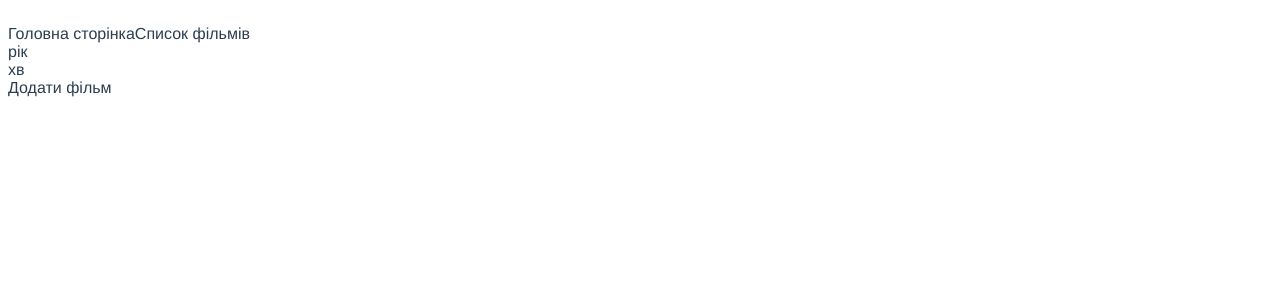
Repository: kristinap8/movies-gallery
Page: /add_movie
An editor plug-in stored every save of this project. The page is shown before and after the next save, followed by the edit.
The browser window is 1280 px wide. The pictures show the whole page.
The project was rebuilt for these pictures with package versions that can differ from the ones it lists, and the page was loaded fresh each time. Also part of the build but not shown: src/pages/Home/index.vue, src/components/MovieDetails/index.vue, src/pages/Movie/index.vue, src/components/MovieInfo/index.vue, src/components/MoviesList/index.vue, src/pages/AllMovies/index.vue.

Above is the page before, as saved 2020-11-15 21:30:43.

### src/main.js
import Vue from 'vue'
import App from './App.vue'
import store from "./store"
import router from "./router"

Vue.config.productionTip = false

new Vue({
  router,
  store,
  render: h => h(App),
}).$mount('#app')

### src/App.vue
<template>
  <div id="app">
    <router-view/>
    </div>
</template>

<script>


export default {
  name: 'App',
  components: {

  }
}
</script>

<style>
#app {
  font-family: Avenir, Helvetica, Arial, sans-serif;
  -webkit-font-smoothing: antialiased;
  -moz-osx-font-smoothing: grayscale;
  color: #2c3e50;
  margin-top: 25px;
}
</style>

### src/store/index.js
import Vue from "vue";
import Vuex from "vuex";
import { v4 as uuid_v4 } from 'uuid'

Vue.use(Vuex);

const store=new Vuex.Store({
    state:{
       moviesList:[
           {
               id:1,
               name:"Джокер",
               image:"https://upload.wikimedia.org/wikipedia/ru/thumb/6/6f/%D0%94%D0%B6%D0%BE%D0%BA%D0%B5%D1%80_%28%D1%84%D0%B8%D0%BB%D1%8C%D0%BC_%D0%A2%D0%BE%D0%B4%D0%B4%D0%B0_%D0%A4%D0%B8%D0%BB%D0%BB%D0%B8%D0%BF%D1%81%D0%B0%29.jpg/202px-%D0%94%D0%B6%D0%BE%D0%BA%D0%B5%D1%80_%28%D1%84%D0%B8%D0%BB%D1%8C%D0%BC_%D0%A2%D0%BE%D0%B4%D0%B4%D0%B0_%D0%A4%D0%B8%D0%BB%D0%BB%D0%B8%D0%BF%D1%81%D0%B0%29.jpg",
               genre:"Драма",
               year:2019,
               country:"США",
               actors:"Роберт де Ніро",
               //"Хоакін Фенікс","Ши Уигхем"],
               duration:122
           },
           {
            id:2,
            name:"Воно",
            image:"https://media.socastsrm.com/wordpress/wp-content/blogs.dir/679/files/2019/09/it_chapter_two_pennywise_poster.png",
            genre:"Триллер",
            year:2017,
            country:"США",
            actors:"Білл Скарсгард",
            //"Ері Коен","Хавйер Ботет"],
            duration:135
           },
           {
            id:3,
            name:"Форсаж 8",
            image:"https://img.odessa1.com/images/events/326x464/m2-17534-1.jpg",
            genre:"Бойовик",
            year:2017,
            country:"США",
            actors:"Він Дизель",
            //"Джейсон Стейтем","Дуейн Джонсон"],
            duration:136
           }
       ]
    },
    mutations:{
        addMovie(state, data) {
             state.moviesList.push({
              id: uuid_v4(),
              ...data,
            })
          },
    },
    actions:{
        addMovie({ commit }, movie) {
            commit('addMovie', movie)
          },
    },
    getters:{
        getMovies: (state) => state.moviesList,
        getMoviesCount:(state) => state.moviesList.length,
        getMovieById:(state)=>(id)=>{return state.moviesList.find(movie=>movie.id===id)}
    }
})

export default store;

### src/router.js
import Vue from "vue";
import VueRouter from "vue-router";

import Home from "@/pages/Home";
import Movie from "@/pages/Movie";
import AddMovie from "@/pages/AddMovie";
import AllMovies from "@/pages/AllMovies";

Vue.use(VueRouter);

const routes=[
    {
        path:"/",
        name:'home',
        component:Home
    },
    {
        path:"/all_movies",
        name:'all-movies',
        component:AllMovies
    },
    {
        path:"/add_movie",
        name:'add-movie',
        component:AddMovie
    },
    {
        path:"/movie/:movie_id",
        name:'movie',
        component:Movie
    }
];
const router=new VueRouter({
    mode:"history",
    routes
});

export default router;

### src/pages/AddMovie/index.vue
<template>
    <div>
      <b-button-group size="lg">
       <b-button to="/" variant="light">Головна сторінка</b-button>
       <b-button to="/all_movies" variant="light">Список фільмів</b-button>
       </b-button-group><br/>
       <add-movie-form/>
    </div>
</template>

<script>
import AddMovieForm from "../../components/AddMovieForm"
    export default {
        name:"AddMovie",
        components: {
            AddMovieForm,
        },
    }
</script>

<style lang="scss" scoped>

</style>

### src/components/AddMovieForm/index.vue
<template>
    <div class="fixed-top d-flex align-items-center justify-content-center"
    style="bottom: 0; overflow-y: auto">
        <b-form style="max-width:800px;">
        <b-form-group label="Назва фільму:" label-for="name">
        <b-form-input
          id="name"
          v-model="name"
          placeholder="Введіть назву фільму..."
        ></b-form-input>
      </b-form-group>
      <b-form-group label="Картинка:" label-for="image">
        <b-form-input
          id="image"
          v-model="image"
          placeholder="Введіть url картинки..."
        ></b-form-input>
      </b-form-group>
       <b-form-group label="Жанр:" label-for="genre">
        <b-form-select
          id="genre"
          v-model="genre"
          :options="genres"
         ></b-form-select>
      </b-form-group>
      <b-form-group label="Рік:" label-for="year">
        <b-form-input
          id="year"
          v-model="year"
          type="range"
          min="1800"
          max="2020"
           ></b-form-input>
           <div class="mt-2"> {{year}} рік</div>
      </b-form-group>
      <b-form-group label="Країна:" label-for="country">
        <b-form-input
          id="country"
          v-model="country"
          placeholder="Введіть країну..."
        ></b-form-input>
      </b-form-group>
       <b-form-group label="Актори:" label-for="actors">
        <b-form-textarea
          id="actors"
          v-model="actors"
          placeholder="Введіть акторів..."
          rows="2"
          max-rows=1
        ></b-form-textarea>
      </b-form-group>
       <b-form-group label="Тривалість:" label-for="duration">
        <b-form-input
          id="duration"
          v-model="duration"
          type="range"
          min="0"
          max="200"
        ></b-form-input>
        <div class="mt-2"> {{duration}} хв</div>
      </b-form-group>
    <b-button variant="light" @click="onAddMovie">
      Додати фільм
    </b-button>
        </b-form>
    </div>
</template>

<script>
import { mapActions } from 'vuex'

    export default {
        name:"AddMovieForm",
        data() {
          return {
           name:null,
           genre:null,
           year:null,
           country:null,
           actors:null,
           duration:null,
           image:null,
           genres:[{ text: 'Виберіть жанр...', value: null },"Комедія","Детектив","Триллер","Жахи","Драма","Мультфільм","Бойовик","Фантастика"],
            }
        },
        methods:{
        ...mapActions(['addMovie']),
        onAddMovie(){
            const{name,image,genre,year,country,actors,duration}=this

            this.addMovie({
                name,
                image,
                genre,
                year,
                country,
                actors,
                duration
            })
        },
        },
    }

</script>

<style lang="scss" scoped>

</style>

Loaded but not shown: public/index.html (common file)

After the next save:
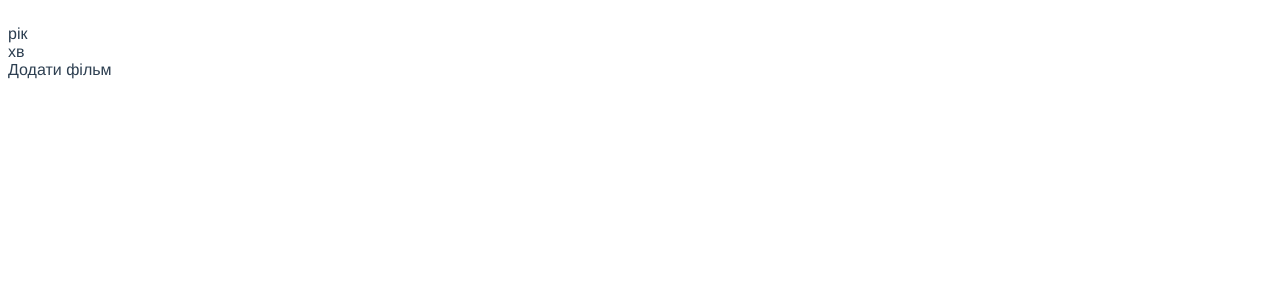
Saved 38 s later.
--- a/src/pages/AddMovie/index.vue
+++ b/src/pages/AddMovie/index.vue
@@ -1,10 +1,11 @@
 <template>
     <div>
-      <b-button-group size="lg">
+       <add-movie-form>
+        <b-button-group size="lg">
        <b-button to="/" variant="light">Головна сторінка</b-button>
        <b-button to="/all_movies" variant="light">Список фільмів</b-button>
-       </b-button-group><br/>
-       <add-movie-form/>
+       </b-button-group>
+       </add-movie-form>
     </div>
 </template>
 

After the save that followed:
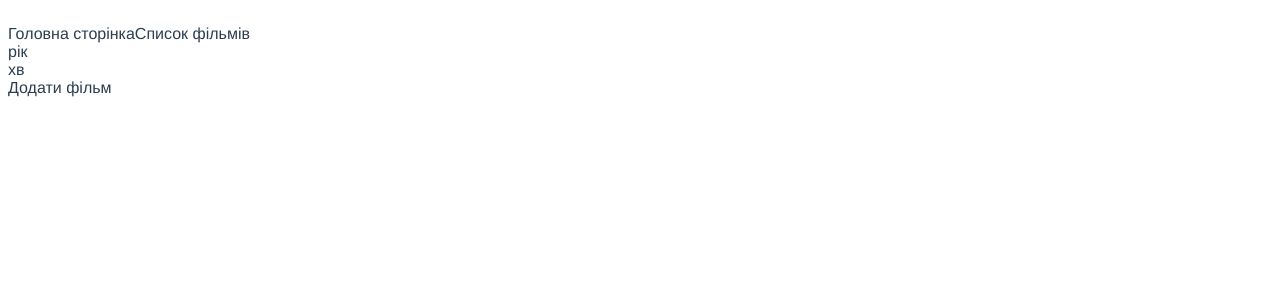
Saved 34 s later.
--- a/src/components/AddMovieForm/index.vue
+++ b/src/components/AddMovieForm/index.vue
@@ -1,4 +1,9 @@
 <template>
+<div>
+    <b-button-group size="lg">
+       <b-button to="/" variant="light">Головна сторінка</b-button>
+       <b-button to="/all_movies" variant="light">Список фільмів</b-button>
+       </b-button-group>
     <div class="fixed-top d-flex align-items-center justify-content-center"
     style="bottom: 0; overflow-y: auto">
         <b-form style="max-width:800px;">
@@ -64,6 +69,7 @@
     </b-button>
         </b-form>
     </div>
+</div>
 </template>
 
 <script>
